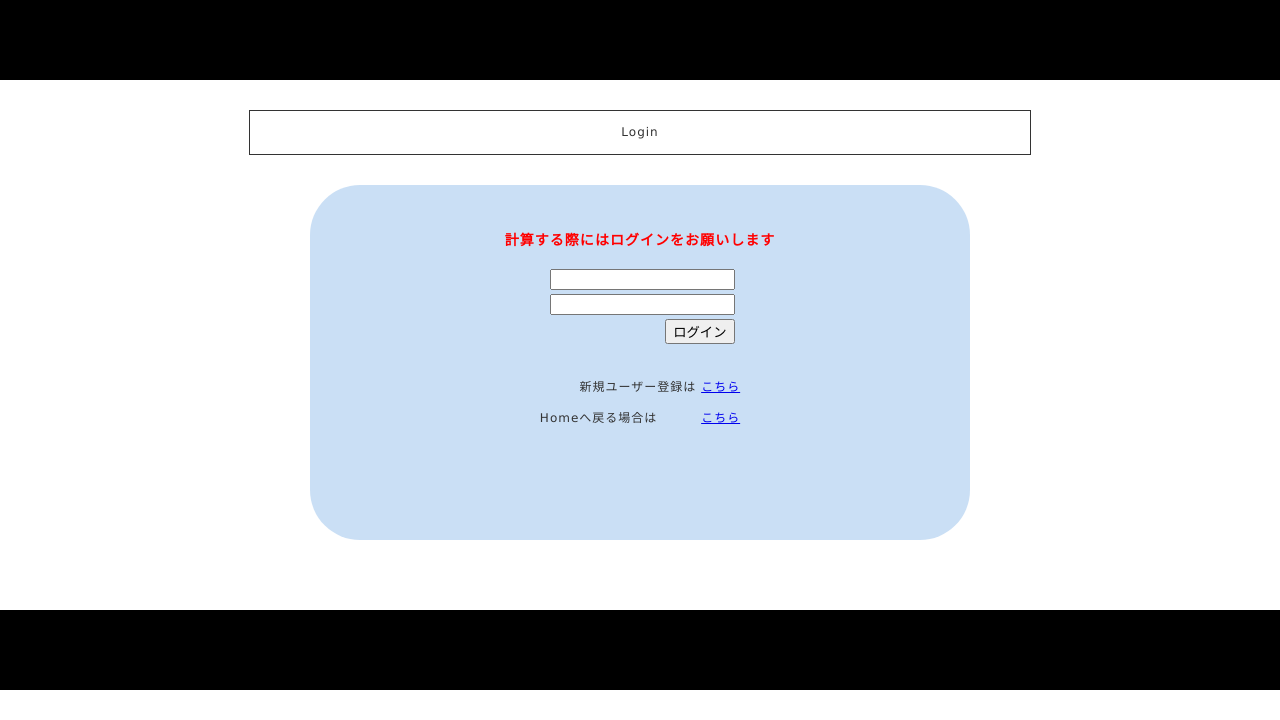
Repository: HattoriKotaro19920408/Keisanchan
Page: http://localhost/Keisanchan/HomeAction.action
The author's editor kept a copy of each file at every save. The page is drawn from the files as they stood at one save, then again after the next save.
The browser window is 1280 px wide. The pictures show the whole page.
The page is served by Tomcat 9.

Above is the page before, as saved 2018-08-29 02:47:09.

After the next save:
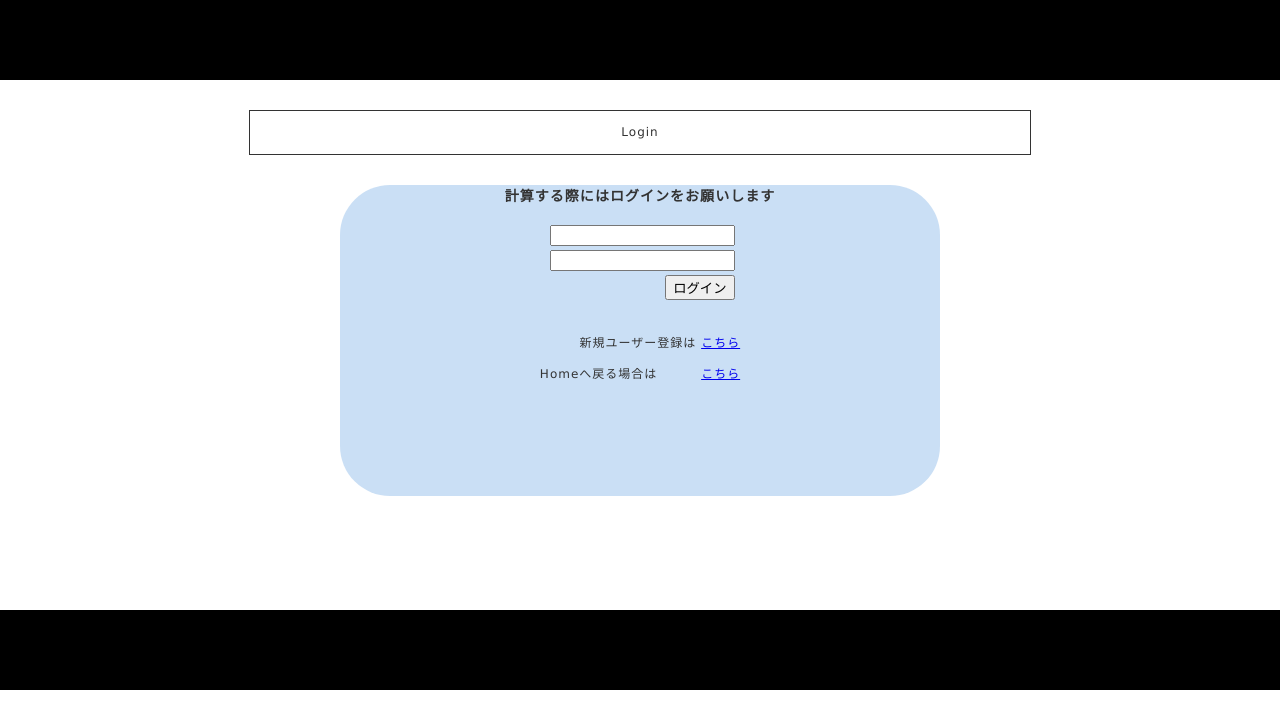
Saved 81 min 9 s later.
--- a/Keisanchan/WebContent/login.jsp
+++ b/Keisanchan/WebContent/login.jsp
@@ -59,7 +59,7 @@
       width: 600px;
 	height: auto;
 	margin:0 auto;
-	padding: 30px;
+
 	padding-bottom: 100px;
 	background-color: skyblue;
 	border-radius: 50px;
@@ -67,7 +67,6 @@
 	text-align:center;
     }
     h3{
-    color:red;
      font-family:油性たぬきマジック;
     }
 </style>
